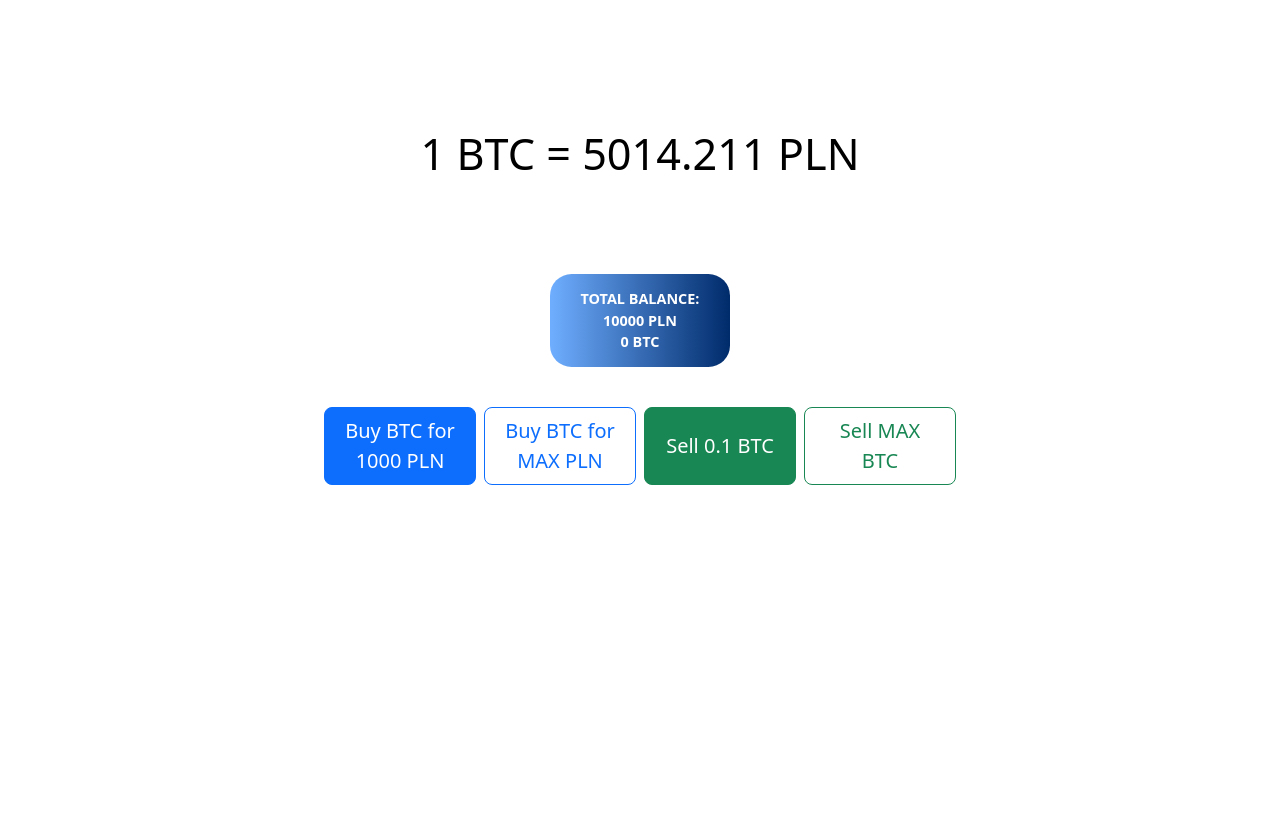
Repository: michalgornicki/bitcoin-virtual
Page: /
These files come from the project's save history. The page is drawn as it stood at one moment and after the next save; the edit follows.
The browser window is 1280 px wide. The pictures show the whole page.
The project was rebuilt for these pictures with package versions that can differ from the ones it lists, and the page was loaded fresh each time.

Above is the page before, as saved 2021-12-05 22:58:26.

### src/App.jsx
import React, { useState, useEffect } from "react";
import "./App.css";
import Button from "react-bootstrap/Button";
import "bootstrap/dist/css/bootstrap.min.css";

function App() {
  const [bitcoinPrice, setBitcoinPrice] = useState(5000);
  const [accountPLN, setAccountPLN] = useState(10000);
  const [accountBTC, setAccountBTC] = useState(0);

  const bitcoin = () => {
    let randomNumber = parseFloat((Math.random() * 20 - 10).toFixed(3));
    setBitcoinPrice((bitcoinPrice) =>
      parseFloat((bitcoinPrice + randomNumber).toFixed(3))
    );
    console.log(bitcoinPrice);

    setTimeout(bitcoin, 1000);
  };

  const buyBitcoin = () => {
    if (accountPLN >= 1000) {
      setAccountPLN(accountPLN - 1000);
      setAccountBTC((accountBTC) =>
        parseFloat((accountBTC + 1000 / bitcoinPrice).toFixed(6))
      );
      console.log(accountBTC);
    } else {
      setAccountPLN(0);
      setAccountBTC((accountBTC) =>
        parseFloat((accountBTC + accountPLN / bitcoinPrice).toFixed(6))
      );
    }
  };

  const buyMAXBitcoin = () => {
      setAccountPLN(0);
      setAccountBTC((accountBTC) =>
        parseFloat((accountBTC + accountPLN/bitcoinPrice).toFixed(6))
      );
      console.log(accountBTC);
  };

  const sellBitcoin = () => {
    if (accountBTC >= 0.1) {
      setAccountPLN(parseFloat((accountPLN + bitcoinPrice / 10).toFixed(6)));
      setAccountBTC((accountBTC) => parseFloat((accountBTC - 0.1).toFixed(6)));
      console.log(accountBTC);
    } else {
      setAccountPLN(
        parseFloat((accountPLN + bitcoinPrice * accountBTC).toFixed(6))
      );
      setAccountBTC((accountBTC) => parseFloat((0).toFixed(6)));
    }
  };

  const sellMAXBitcoin = () => {
      setAccountPLN(parseFloat((accountPLN + bitcoinPrice*accountBTC).toFixed(6)));
      setAccountBTC(0);
      console.log(accountBTC);
  };

  useEffect(() => {
    bitcoin();
  }, []);

  return (
    <div className="wrapper">
      <div className="price">1 BTC = {bitcoinPrice} PLN</div>
      <div className="account-container">
        <div className="account">TOTAL BALANCE:</div>
        <div className="account">{accountPLN} PLN</div>
        <div className="account">{accountBTC} BTC</div>
      </div>

      <div className="button-container w-50 m-auto">
        <Button variant="primary m-1 btn-lg w-50" onClick={buyBitcoin}>
          Buy BTC for 1000 PLN
        </Button>
        <Button variant="outline-primary m-1 btn-lg w-50" onClick={buyMAXBitcoin}>
          Buy BTC for MAX PLN
        </Button>
        <Button variant="success m-1 btn-lg w-50" onClick={sellBitcoin}>
          Sell 0.1 BTC
        </Button>
        <Button variant="outline-success m-1 btn-lg w-50" onClick={sellMAXBitcoin}>
          Sell MAX BTC
        </Button>
      </div>
    </div>
  );
}

export default App;

### src/App.css

body{
    font-family:'Segoe UI', Tahoma, Geneva, Verdana, sans-serif;
    user-select: none;
}

.wrapper{
    height: 100vh;
    display: block;
    margin: auto;
}

.price{
    font-size: 6vmin;
    display: block;
    margin: auto;
    margin-top: 15vmin;
    padding: 2vmin;
    text-align: center;
    width: fit-content;
    color: rgb(0, 0, 0);
}

.account-container{
    display: block;
    margin: auto;
    margin-top: 10vmin;
    margin-bottom: 5vmin;
    background: linear-gradient(to left, rgb(0, 43, 107), rgb(111, 174, 255));
    color: white;
    padding: 2vmin;
    border-radius: 3vmin;
    width: 14%;
}

.account{
    font-size: 2vmin;
    font-weight: 600;
    display: block;
    margin: auto;
    text-align: center;
}

.button-container{
    display: flex;
    justify-content: center;
}

.button{
    height: 10vmin;
    width: 10vmin;
    background-color: green;
    color: white;
    text-align: center;
    display: block;
    margin: 2vmin;
    margin-top: 10vmin;
    cursor: pointer;
}

Loaded but not shown: public/index.html (common file); src/index.js (common file); src/index.css (common file); src/reportWebVitals.js (common file)

After the next save:
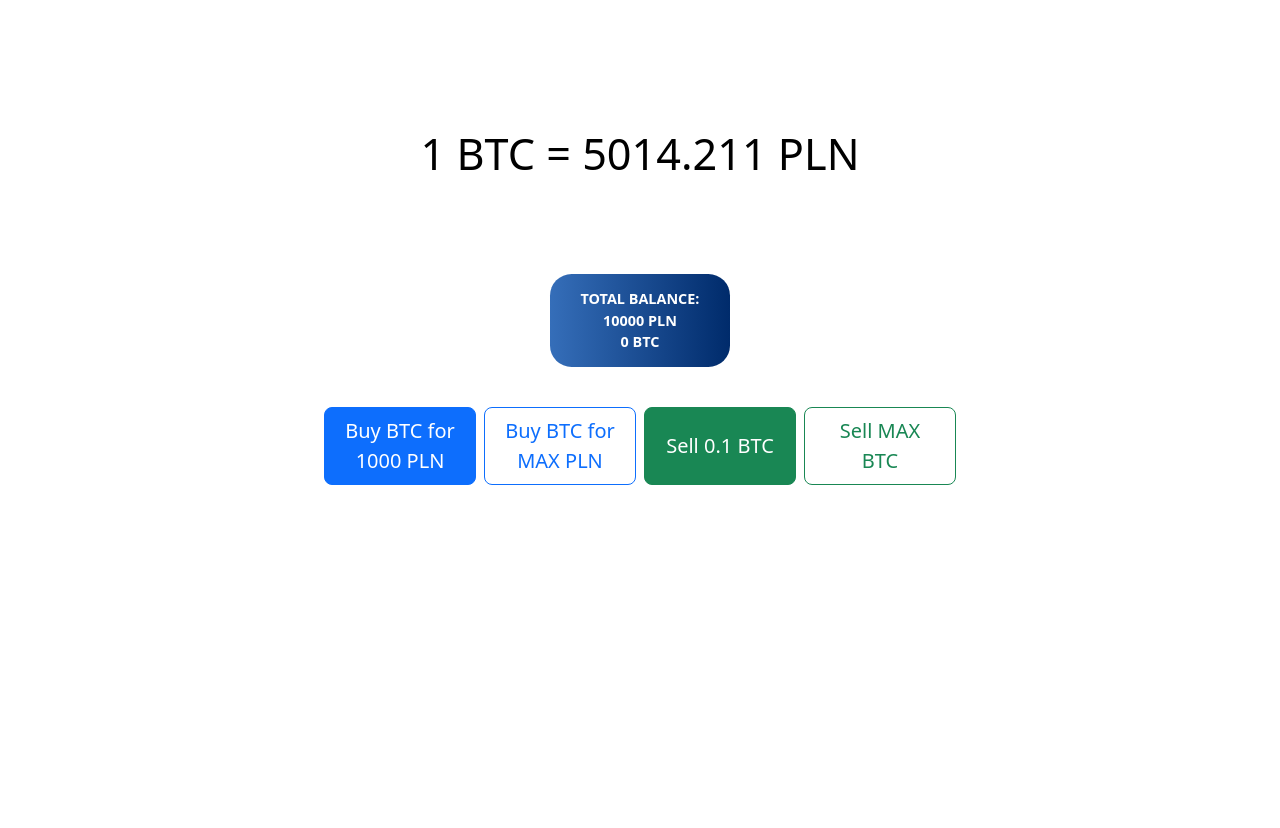
Saved 6 s later.
--- a/src/App.css
+++ b/src/App.css
@@ -26,7 +26,7 @@ body{
     margin: auto;
     margin-top: 10vmin;
     margin-bottom: 5vmin;
-    background: linear-gradient(to left, rgb(0, 43, 107), rgb(111, 174, 255));
+    background: linear-gradient(to left, rgb(0, 43, 107), rgb(53, 110, 185));
     color: white;
     padding: 2vmin;
     border-radius: 3vmin;
